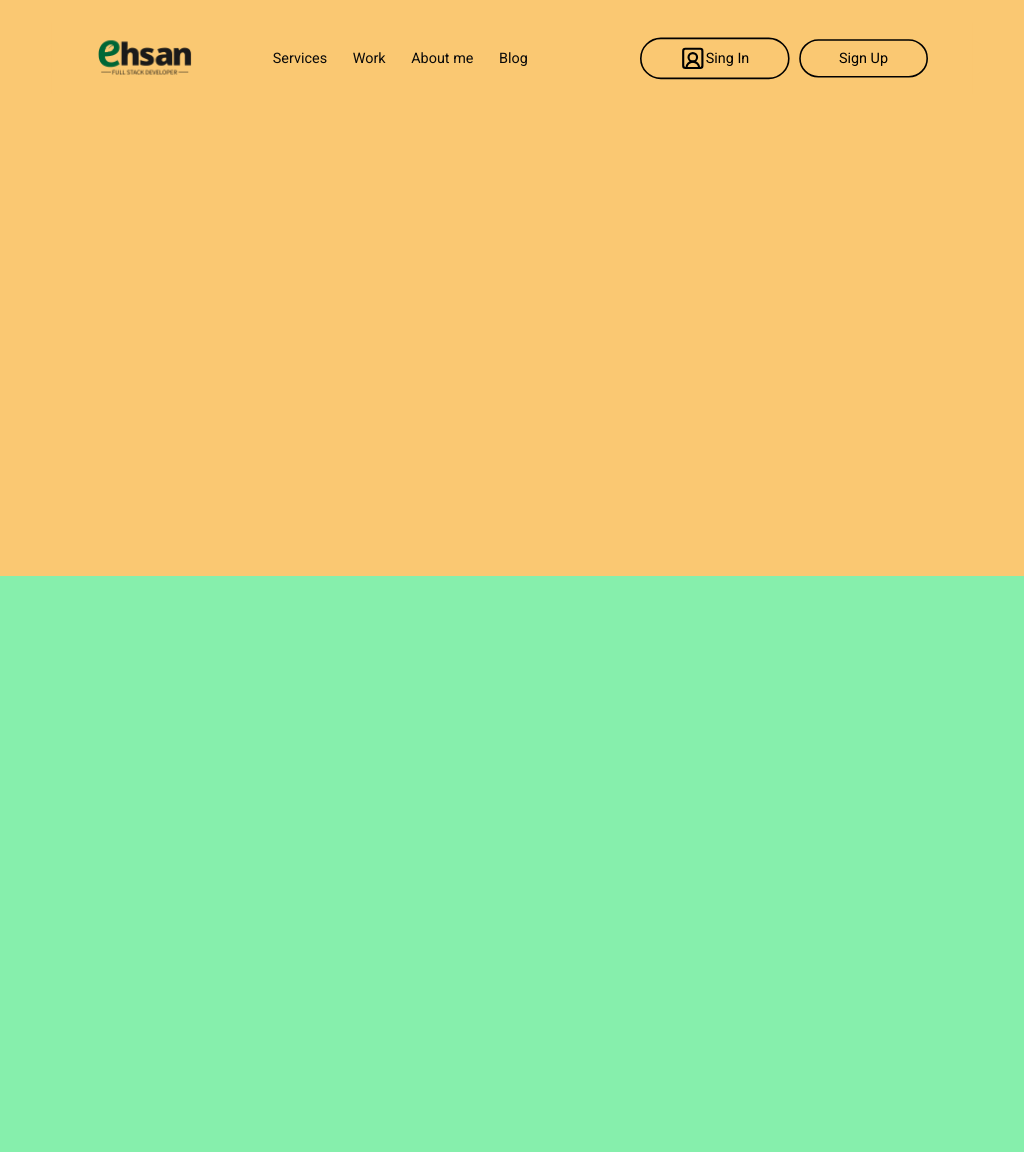
Repository: FrontendProjectsNL/mijn-portfolio-project
Page: /exercise
The author's editor kept a copy of each file at every save. The page is drawn from the files as they stood at one save, then again after the next save.
The browser window is 1280 px wide. The pictures show the whole page, at 80% of full size.
The project was rebuilt for these pictures with package versions that can differ from the ones it lists, and the page was loaded fresh each time. The framework's server and built-in components were replaced by stand-ins that run in the browser. Also part of the build but not shown: next.config.mjs.

Above is the page before, as saved 2024-10-25 13:36:09.

### app/layout.tsx
import type { Metadata } from 'next';
import localFont from 'next/font/local';

import { Roboto, Fira_Code, HelveticaNowDisplay } from 'next/font/google';

import './globals.css';

const geistSans = localFont({
  src: './fonts/GeistVF.woff',
  variable: '--font-geist-sans',
  weight: '100 900',
});
const geistMono = localFont({
  src: './fonts/GeistMonoVF.woff',
  variable: '--font-geist-mono',
  weight: '100 900',
});

const roboto = Roboto({
  subsets: ['latin'],
  weight: ['300', '400', '500', '700'],
  variable: '--font-roboto',
});

const firaCode = Fira_Code({
  subsets: ['latin'],
  weight: ['300', '400', '500', '700'],
  variable: '--font-fira-code',
});

export const metadata: Metadata = {
  title: 'Create Next App',
  description: 'Generated by create next app',
};

export default function RootLayout({
  children,
}: Readonly<{
  children: React.ReactNode;
}>) {
  return (
    <html lang="en">
      <body
        className={`${roboto.variable} ${firaCode.variable} ${geistSans.variable} ${geistMono.variable} antialiased`}
      >
        {children}
      </body>
    </html>
  );
}

### app/exercise/page.tsx
'use client';

import Image from 'next/image';
import Link from 'next/link';
import { useEffect, useState } from 'react';
import logo from '/public/EhsanLogo-transparent.png';
import { Button } from '@/components/ui/button';
import { CircleUser, SquareUserRound, User } from 'lucide-react';

interface PageProps {}

const Page: React.FC<PageProps> = () => {
  const [isShrunk, setIsShrunk] = useState<boolean>(false);

  useEffect(() => {
    const handleScroll = () => {
      if (window.scrollY > 70) {
        setIsShrunk(true);
      } else {
        setIsShrunk(false);
      }
    };

    window.addEventListener('scroll', handleScroll);

    return () => {
      window.removeEventListener('scroll', handleScroll);
    };
  }, []);

  return (
    // <div className="max-w-8xl w-full font-roboto mx-auto">
    <div className="">
      <nav
        className={`px-14 fixed transition-all duration-300 ease-linear bg-[#FAC872] flex justify-between items-center ${
          isShrunk
            ? 'h-[75px] w-[70%] rounded-3xl mx-auto top-5'
            : 'h-[90px] w-[90%] opacity-100 top-7'
        }`}
        style={{
          left: '50%',
          transform: 'translateX(-50%)', // Center horizontally
        }}
      >
        <div className="flex items-center ">
          <Link href={'/'} className="font-medium text-lg mr-20">
            <Image src={logo} width={125} height={50} />
          </Link>
          <ul className="flex">
            <li>
              <Link href="" className="px-4 py-2 cursor text-lg  font-roboto">
                Services
              </Link>
            </li>
            <li>
              <Link href="" className="px-4 py-2 cursor text-lg  font-roboto">
                Work
              </Link>
            </li>
            <li>
              <Link href="" className="px-4 py-2 cursor text-lg font-roboto">
                About me
              </Link>
            </li>
            <li>
              <Link href="" className="px-4 py-2 cursor text-lg font-roboto">
                Blog
              </Link>
            </li>
          </ul>
        </div>
        <div className="flex items-center gap-3">
          {/* <Link
            href={'/'}
            className="flex items-center gap-2 text-lg  font-roboto mr-4"
          > */}
          <button className="font-roboto group relative inline-flex items-center overflow-hidden rounded-full border-2 border-black px-12 py-2 text-lg text-black hover:bg-gray-50 hover:text-white">
            <SquareUserRound className="w-8 h-8 transition-transform duration-300 ease-in-out hover:scale-125 font-normal" />
            {/* <CircleUser className="w-8 h-8 transition-transform duration-300 ease-in-out hover:scale-125" /> */}

            {/* <User className="w-8 h-8 transition-transform duration-300 ease-in-out hover:scale-125" /> */}
            <span className="relative transform duration-700 group-hover:-translate-x-3">
              Sing In
            </span>
          </button>
          {/* </Link> */}

          <button className="font-roboto group relative inline-flex items-center overflow-hidden rounded-full border-2 border-black px-12 py-2 text-lg text-black hover:bg-gray-50 hover:text-white">
            <span className="duration-400 ease absolute left-0 top-1/2 block h-0 w-full bg-[#f27d4b] opacity-100 transition-all group-hover:top-0 group-hover:h-full"></span>
            <span className="ease absolute right-0 flex h-10 w-10 translate-x-full transform items-center justify-start duration-500 group-hover:-translate-x-2">
              <svg
                className="h-5 w-5"
                fill="none"
                stroke="currentColor"
                viewBox="0 0 24 24"
                xmlns="http://www.w3.org/2000/svg"
              >
                <path
                  stroke-linecap="round"
                  stroke-linejoin="round"
                  stroke-width="2"
                  d="M14 5l7 7m0 0l-7 7m7-7H3"
                ></path>
              </svg>
            </span>
            <span className="relative transform duration-700 group-hover:-translate-x-3">
              Sign Up
            </span>
          </button>
        </div>
      </nav>

      <section className="w-full h-screen bg-[#FAC872]"></section>
      <section className="w-full h-screen bg-green-300"></section>
    </div>
  );
};

export default Page;

### app/globals.css
@tailwind base;
@tailwind components;
@tailwind utilities;

body {
  font-family: Arial, Helvetica, sans-serif;
}

@layer utilities {
  .text-balance {
    text-wrap: balance;
  }
}

@layer base {
  :root {
    --background: 0 0% 100%;
    --foreground: 0 0% 3.9%;
    --card: 0 0% 100%;
    --card-foreground: 0 0% 3.9%;
    --popover: 0 0% 100%;
    --popover-foreground: 0 0% 3.9%;
    --primary: 0 0% 9%;
    --primary-foreground: 0 0% 98%;
    --secondary: 0 0% 96.1%;
    --secondary-foreground: 0 0% 9%;
    --muted: 0 0% 96.1%;
    --muted-foreground: 0 0% 45.1%;
    --accent: 0 0% 96.1%;
    --accent-foreground: 0 0% 9%;
    --destructive: 0 84.2% 60.2%;
    --destructive-foreground: 0 0% 98%;
    --border: 0 0% 89.8%;
    --input: 0 0% 89.8%;
    --ring: 0 0% 3.9%;
    --chart-1: 12 76% 61%;
    --chart-2: 173 58% 39%;
    --chart-3: 197 37% 24%;
    --chart-4: 43 74% 66%;
    --chart-5: 27 87% 67%;
    --radius: 0.5rem;
  }
  .dark {
    --background: 0 0% 3.9%;
    --foreground: 0 0% 98%;
    --card: 0 0% 3.9%;
    --card-foreground: 0 0% 98%;
    --popover: 0 0% 3.9%;
    --popover-foreground: 0 0% 98%;
    --primary: 0 0% 98%;
    --primary-foreground: 0 0% 9%;
    --secondary: 0 0% 14.9%;
    --secondary-foreground: 0 0% 98%;
    --muted: 0 0% 14.9%;
    --muted-foreground: 0 0% 63.9%;
    --accent: 0 0% 14.9%;
    --accent-foreground: 0 0% 98%;
    --destructive: 0 62.8% 30.6%;
    --destructive-foreground: 0 0% 98%;
    --border: 0 0% 14.9%;
    --input: 0 0% 14.9%;
    --ring: 0 0% 83.1%;
    --chart-1: 220 70% 50%;
    --chart-2: 160 60% 45%;
    --chart-3: 30 80% 55%;
    --chart-4: 280 65% 60%;
    --chart-5: 340 75% 55%;
  }
}

@layer base {
  * {
    @apply border-border;
  }
  body {
    @apply bg-background text-foreground;
  }
}

@keyframes fill-up {
  0% {
    background-position: 0 100%;
  }
  100% {
    background-position: 0 0;
  }
}

### tailwind.config.ts
import { Roboto } from 'next/font/google';
import type { Config } from 'tailwindcss';

const config: Config = {
  darkMode: ['class'],
  content: [
    './pages/**/*.{js,ts,jsx,tsx,mdx}',
    './components/**/*.{js,ts,jsx,tsx,mdx}',
    './app/**/*.{js,ts,jsx,tsx,mdx}',
  ],

  theme: {
    extend: {
      // You can define custom animations here
      // keyframes: {
      //   slideKeyframe: {
      //     '0%': { transform: 'translateX(0)' },
      //     '100%': { transform: 'translateX(100%)' },
      //   },
      // },
      // animation: {
      //   slideAnimation: 'slideKeyframe 0.5s ease-in-out',
      // },
      fontFamily: {
        roboto: ['var(--font-roboto)', 'sans-serif'],
        firaCode: ['var(--font-fira-code)', 'monospace'],
      },
      colors: {
        background: 'hsl(var(--background))',
        foreground: 'hsl(var(--foreground))',
        card: {
          DEFAULT: 'hsl(var(--card))',
          foreground: 'hsl(var(--card-foreground))',
        },
        popover: {
          DEFAULT: 'hsl(var(--popover))',
          foreground: 'hsl(var(--popover-foreground))',
        },
        primary: {
          DEFAULT: 'hsl(var(--primary))',
          foreground: 'hsl(var(--primary-foreground))',
        },
        secondary: {
          DEFAULT: 'hsl(var(--secondary))',
          foreground: 'hsl(var(--secondary-foreground))',
        },
        muted: {
          DEFAULT: 'hsl(var(--muted))',
          foreground: 'hsl(var(--muted-foreground))',
        },
        accent: {
          DEFAULT: 'hsl(var(--accent))',
          foreground: 'hsl(var(--accent-foreground))',
        },
        destructive: {
          DEFAULT: 'hsl(var(--destructive))',
          foreground: 'hsl(var(--destructive-foreground))',
        },
        border: 'hsl(var(--border))',
        input: 'hsl(var(--input))',
        ring: 'hsl(var(--ring))',
        chart: {
          '1': 'hsl(var(--chart-1))',
          '2': 'hsl(var(--chart-2))',
          '3': 'hsl(var(--chart-3))',
          '4': 'hsl(var(--chart-4))',
          '5': 'hsl(var(--chart-5))',
        },
      },
      borderRadius: {
        lg: 'var(--radius)',
        md: 'calc(var(--radius) - 2px)',
        sm: 'calc(var(--radius) - 4px)',
      },
    },
  },
  plugins: [require('tailwindcss-animate')],
};
export default config;

After the next save:
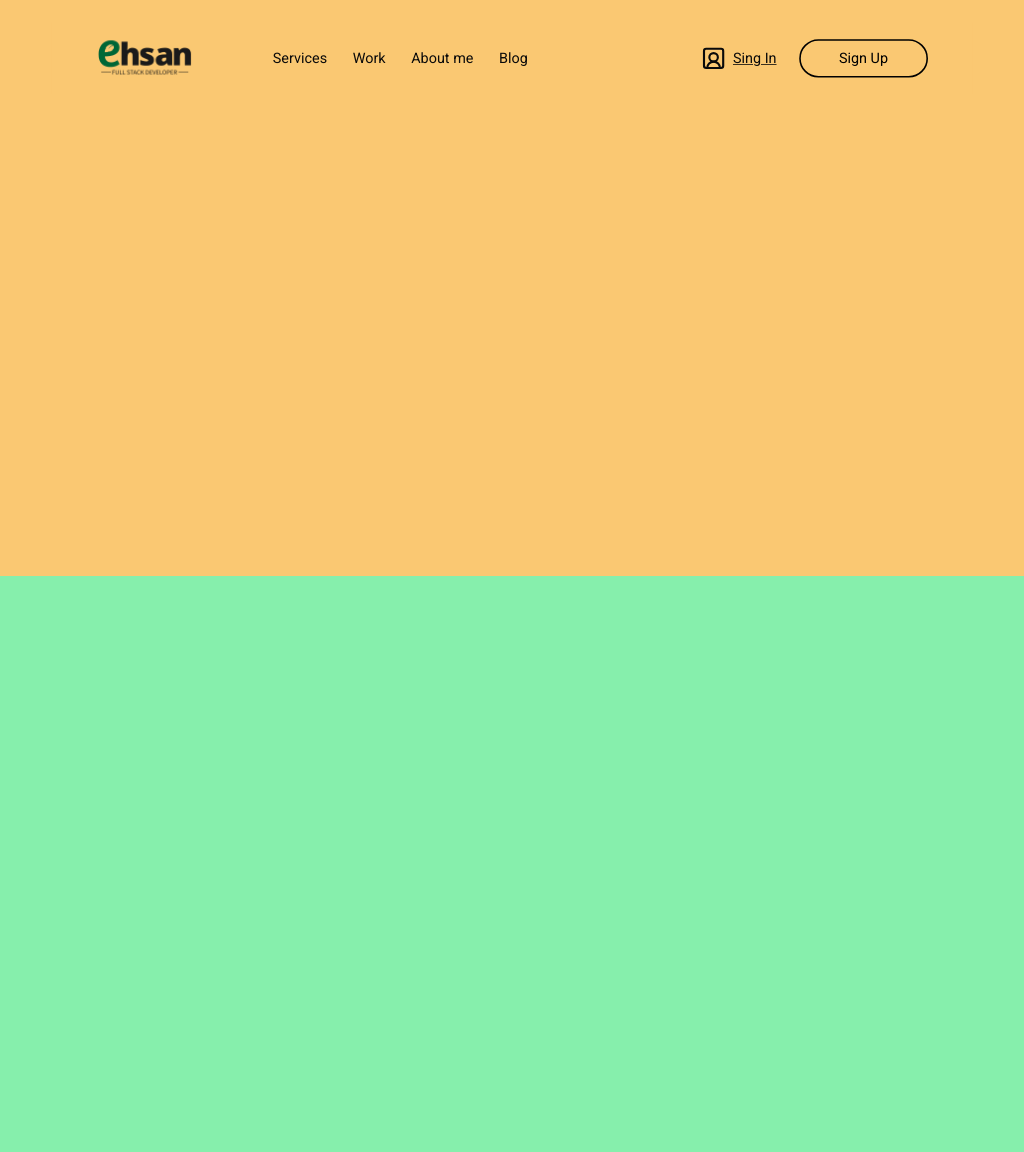
Saved 57 s later.
--- a/app/exercise/page.tsx
+++ b/app/exercise/page.tsx
@@ -70,11 +70,10 @@ const Page: React.FC<PageProps> = () => {
           </ul>
         </div>
         <div className="flex items-center gap-3">
-          {/* <Link
+          <Link
             href={'/'}
-            className="flex items-center gap-2 text-lg  font-roboto mr-4"
-          > */}
-          <button className="font-roboto group relative inline-flex items-center overflow-hidden rounded-full border-2 border-black px-12 py-2 text-lg text-black hover:bg-gray-50 hover:text-white">
+            className="flex items-center gap-2 text-lg  font-roboto mr-4 underline"
+          >
             <SquareUserRound className="w-8 h-8 transition-transform duration-300 ease-in-out hover:scale-125 font-normal" />
             {/* <CircleUser className="w-8 h-8 transition-transform duration-300 ease-in-out hover:scale-125" /> */}
 
@@ -82,8 +81,7 @@ const Page: React.FC<PageProps> = () => {
             <span className="relative transform duration-700 group-hover:-translate-x-3">
               Sing In
             </span>
-          </button>
-          {/* </Link> */}
+          </Link>
 
           <button className="font-roboto group relative inline-flex items-center overflow-hidden rounded-full border-2 border-black px-12 py-2 text-lg text-black hover:bg-gray-50 hover:text-white">
             <span className="duration-400 ease absolute left-0 top-1/2 block h-0 w-full bg-[#f27d4b] opacity-100 transition-all group-hover:top-0 group-hover:h-full"></span>
